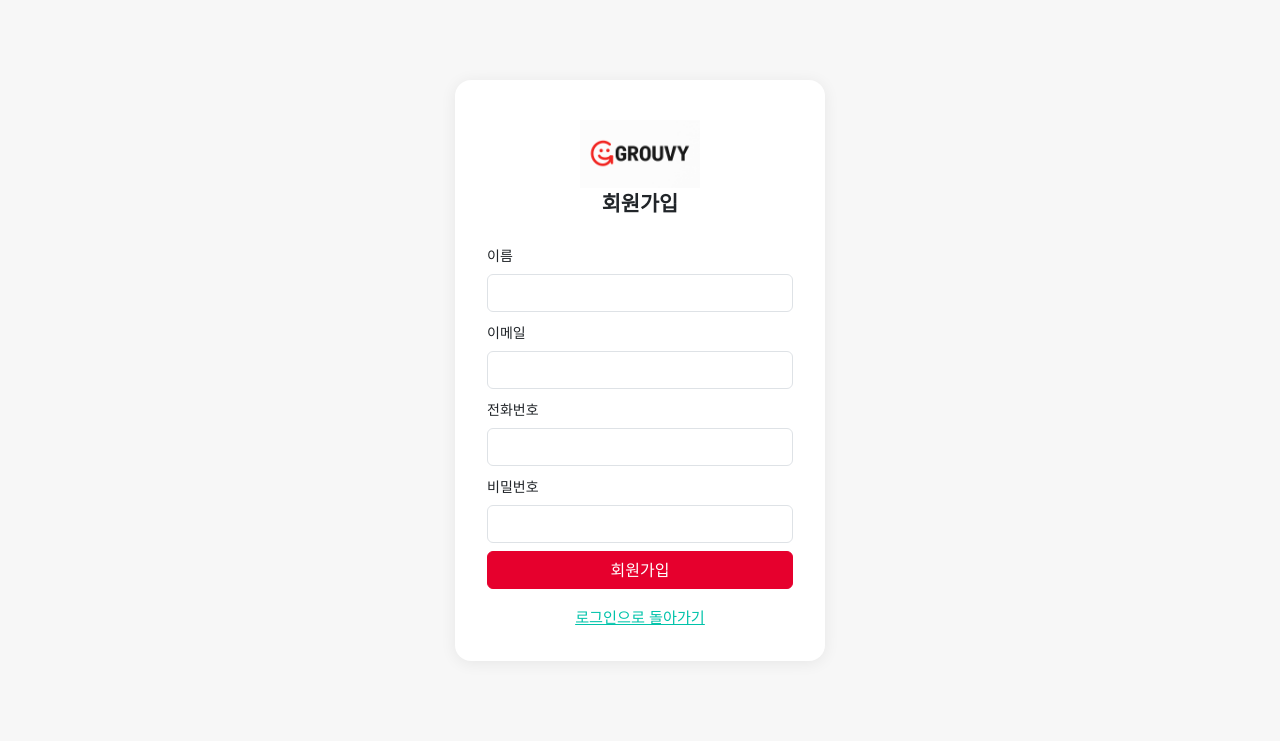
Repository: hyunbin7664/web-java-workspace
Page: groupware/src/main/webapp/sign_up.html
These files come from the project's save history. The page is drawn as it stood at one moment and after the next save; the edit follows.
The browser window is 1280 px wide. The pictures show the whole page.

Above is the page before, as saved 2025-07-11 02:06:30.

### groupware/src/main/webapp/sign_up.html
<!DOCTYPE html>
<html lang="ko">
<head>
<meta charset="UTF-8">
<title>GROUVY 회원가입</title>
<meta name="viewport" content="width=device-width, initial-scale=1">
<link
	href="https://cdn.jsdelivr.net/npm/bootstrap@5.3.2/dist/css/bootstrap.min.css"
	rel="stylesheet">
<style>
body {
	background: #f7f7f7;
}

.auth-card {
	width: 100%;
	max-width: 370px;
	border-radius: 16px;
	box-shadow: 0 2px 16px rgba(0, 0, 0, 0.07);
	padding: 2.5rem 2rem 2rem 2rem;
	background: #fff;
	margin: 80px auto;
}

.auth-logo {
	display: block;
	margin: 0 auto 0 auto;
	width: 120px;
}

.auth-title {
	font-size: 1.3rem;
	font-weight: bold;
	text-align: center;
	margin-bottom: 1.5rem;
}

.auth-link {
	color: #00c3aa;
	cursor: pointer;
	text-decoration: underline;
	font-size: 0.95rem;
}

.btn-grouvy {
	background-color: #e6002d; /* 붉은 계열 색상 */
	border-color: #e6002d;
	color: #fff;
	font-weight: 500;
}
</style>
</head>
<body>
	<div class="auth-card">
		<img src="grouvy_logo.jpg" alt="GROUVY 로고" class="auth-logo">
		<div class="auth-title">회원가입</div>
		<form action="login.html" method="get">
			<div class="mb-2">
				<label for="signupName" class="form-label small">이름</label>
				<input type="text" class="form-control" id="signupName" required>
			</div>
			<div class="mb-2">
				<label for="signupEmail" class="form-label small">이메일</label>
				<input type="email" class="form-control" id="signupEmail" required>
			</div>
			<div class="mb-2">
				<label for="signupPhone" class="form-label small">전화번호</label>
				<input type="tel" class="form-control" id="signupPhone" required>
			</div>
			<div class="mb-2">
				<label for="signupPw" class="form-label small">비밀번호</label> <input
					type="password" class="form-control" id="signupPw" required>
			</div>
			<button type="submit" class="btn btn-grouvy w-100 mb-2">회원가입</button>
		</form>
		<div class="text-center mt-2">
			<a href="login.html" class="auth-link">로그인으로 돌아가기</a>
		</div>
	</div>
</body>
</html>

After the next save:
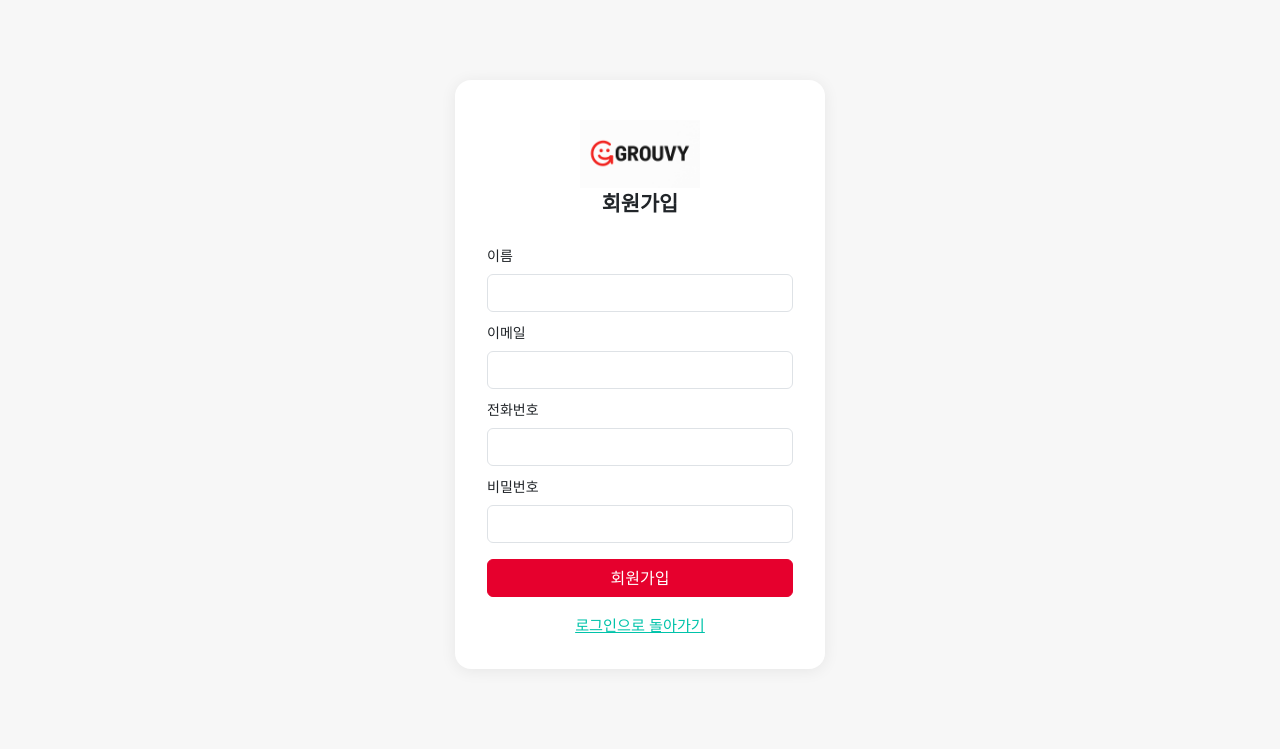
Saved 16 s later.
--- a/groupware/src/main/webapp/sign_up.html
+++ b/groupware/src/main/webapp/sign_up.html
@@ -67,7 +67,7 @@ body {
 				<label for="signupPhone" class="form-label small">전화번호</label>
 				<input type="tel" class="form-control" id="signupPhone" required>
 			</div>
-			<div class="mb-2">
+			<div class="mb-3">
 				<label for="signupPw" class="form-label small">비밀번호</label> <input
 					type="password" class="form-control" id="signupPw" required>
 			</div>
